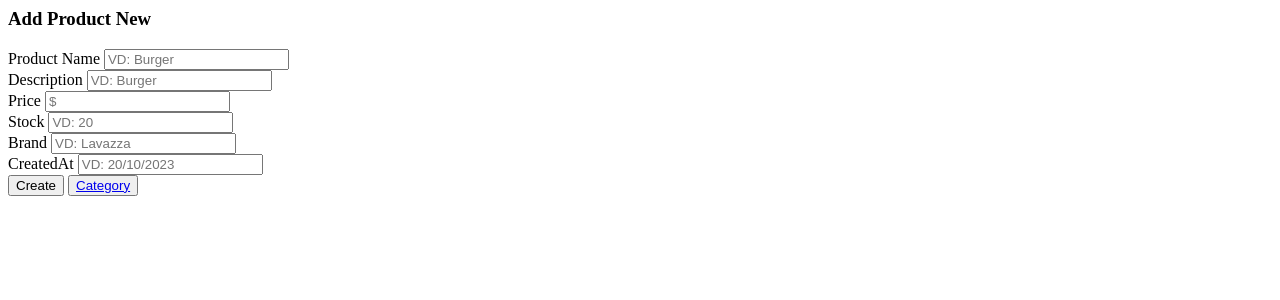
Repository: QunDev/du_an
Page: http://localhost/admin/products/createProduct.php
These files come from the project's save history. The page is drawn as it stood at one moment and after the next save; the edit follows.
The browser window is 1280 px wide. The pictures show the whole page.
The page is run by PHP 8.4 with error messages shown; the project is at /var/www/html/.

Above is the page before, as saved 2023-11-24 09:37:20.
Console error: TypeError: Cannot read properties of null (reading 'addEventListener')

After the next save:
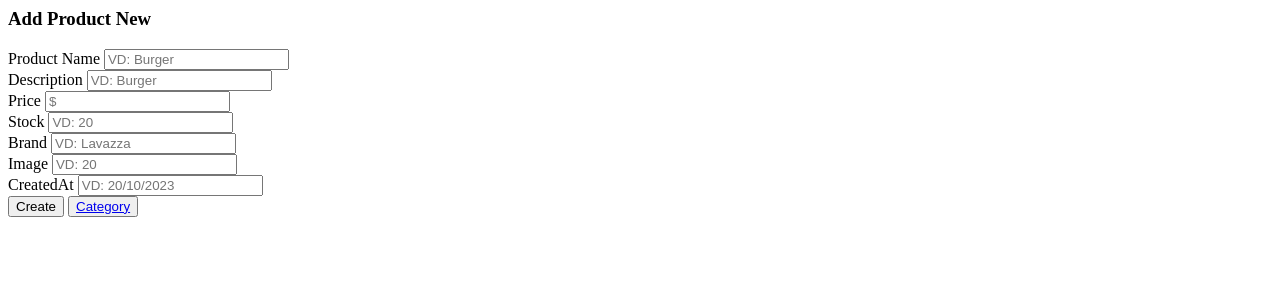
Saved 35 s later.
--- a/admin/products/createProduct.php
+++ b/admin/products/createProduct.php
@@ -77,6 +77,19 @@
         </div>
 
         <div class="form-group">
+          <label for="image" class="form-label">Image</label>
+          <input
+            id="image"
+            name="image"
+            type="text"
+            placeholder="VD: 20"
+            class="form-control"
+            data-desc
+          />
+          <span class="form-message"></span>
+        </div>
+
+        <div class="form-group">
           <label for="createdAt" class="form-label">CreatedAt</label>
           <input
             id="createdAt"
